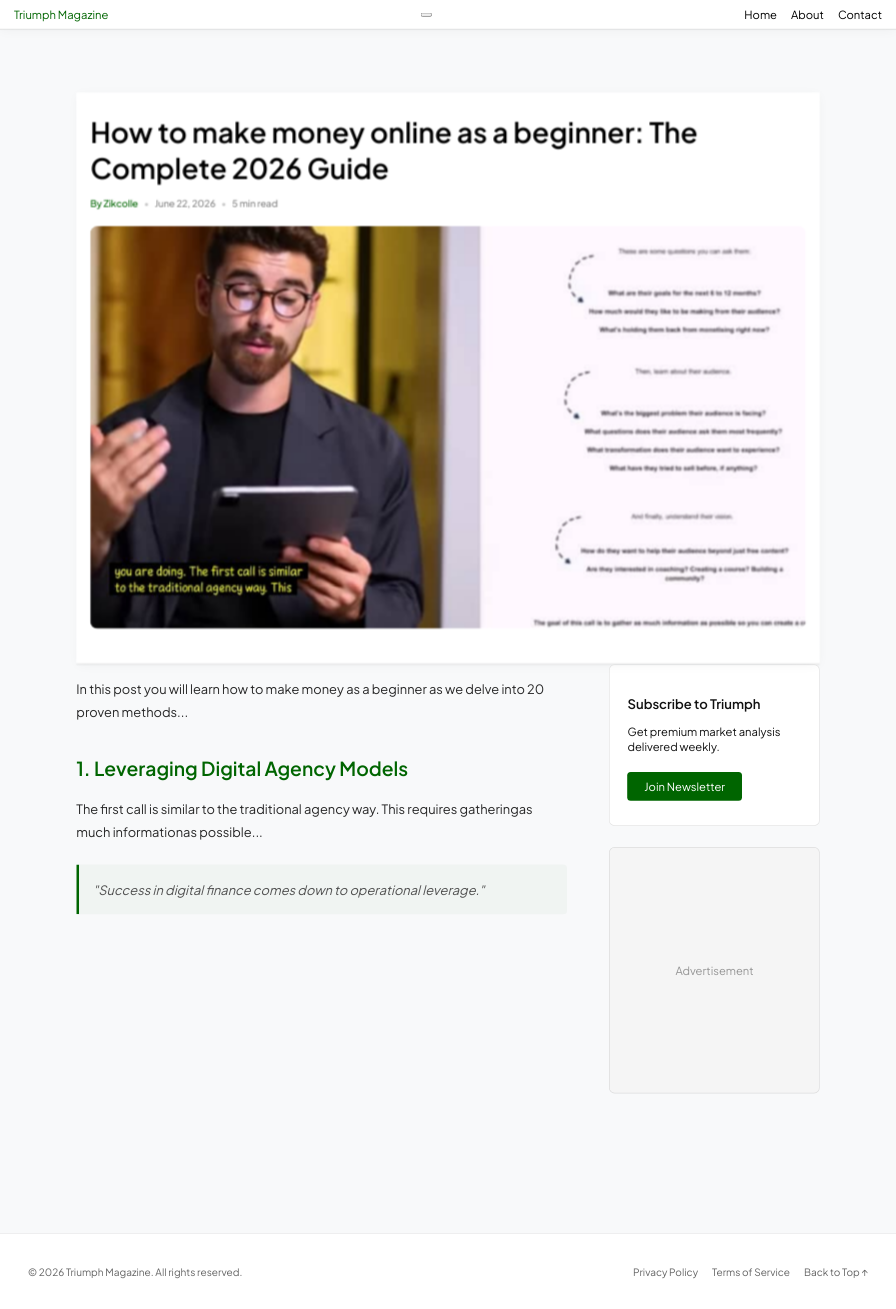
Repository: zikcolle/Triumph-Blog
Page: post.html
These files come from the project's save history. The page is drawn as it stood at one moment and after a run of saves; the edit follows.
The browser window is 1280 px wide. The pictures show the whole page, at 70% of full size.

Above is the page before, as saved 2026-06-23 12:14:47.

After the next 2 saves:
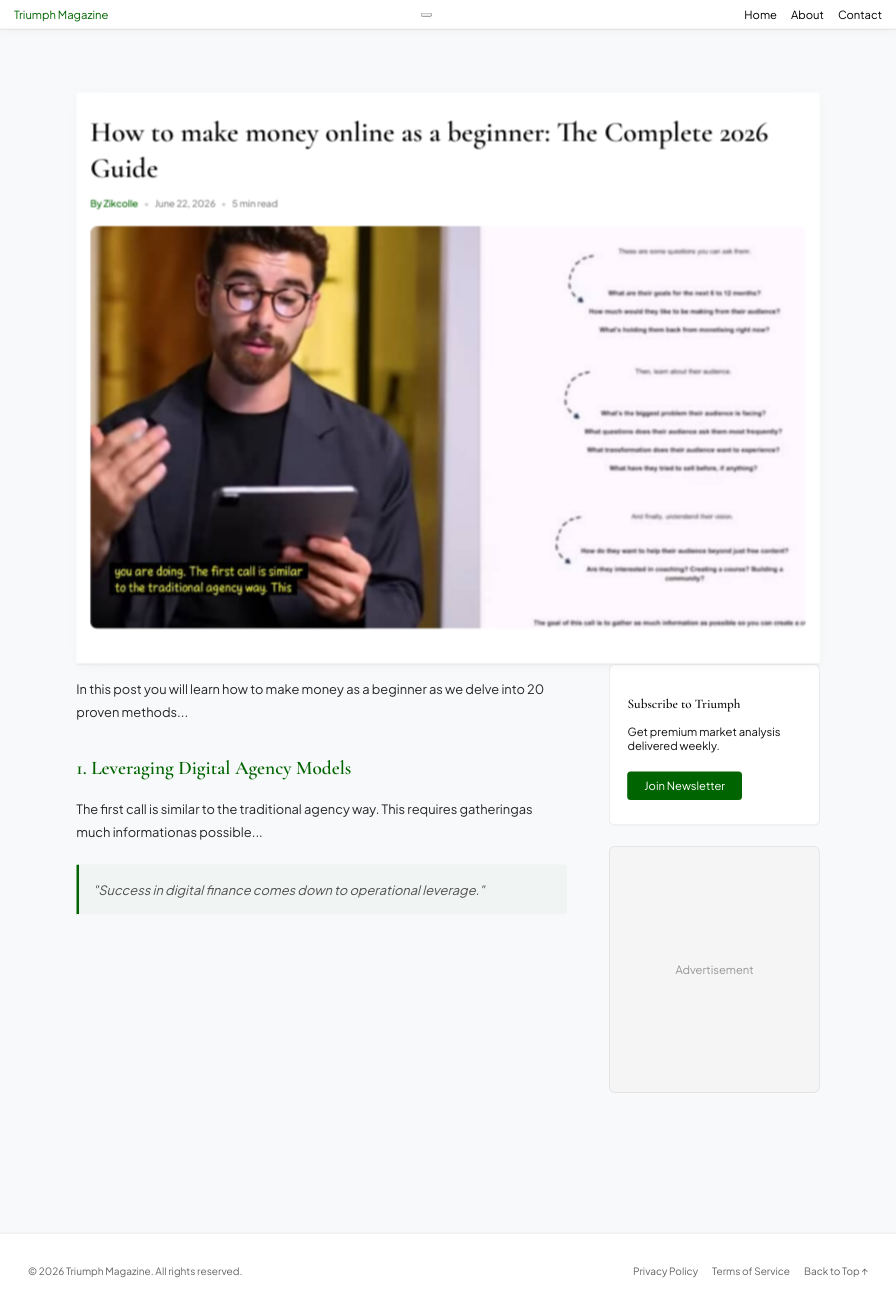
The 2 saves are shown as one change because they came seconds apart.
The last was saved 89 s later.
--- a/styles.css
+++ b/styles.css
@@ -5,6 +5,11 @@ body {
     margin: 0;
     padding: 0;
 
+}
+
+h1, h2, h3, .brand-logo {
+    font-family: 'Cormorant Garamond', serif;
+    font-weight: 600;
 }
 
 header {
